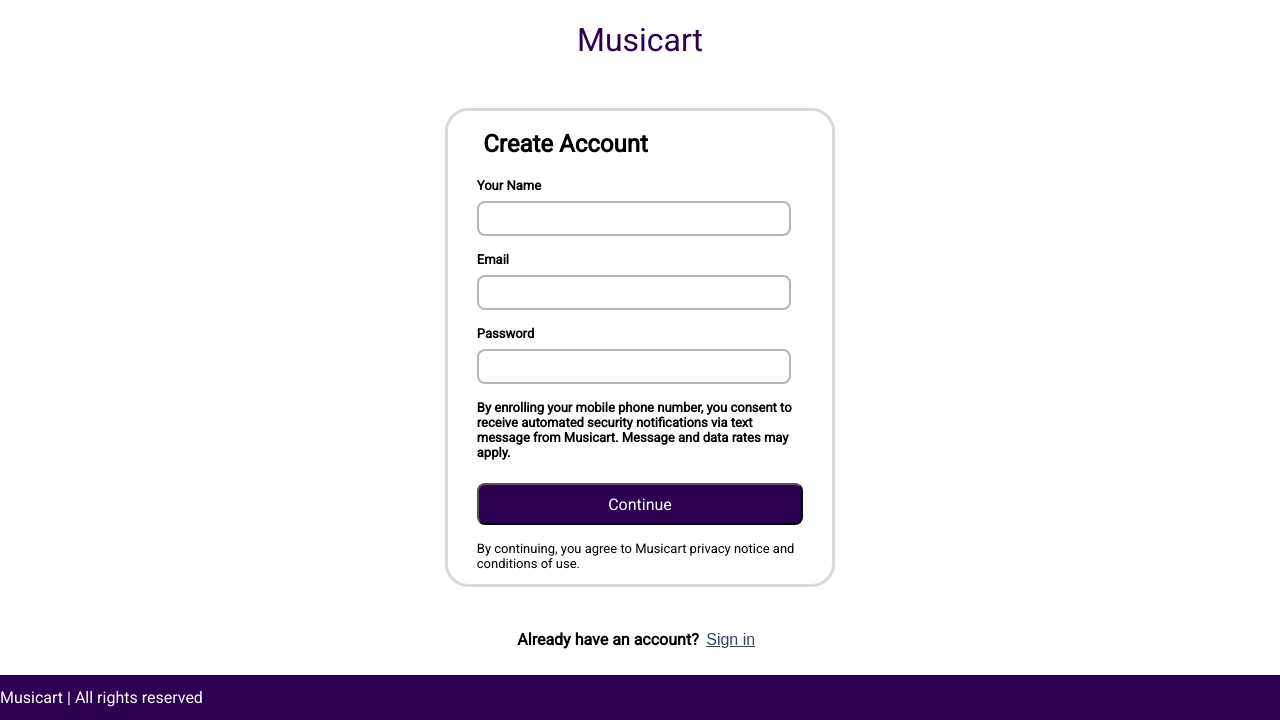
Repository: drumsmanku/doubtshare
Page: /register (app in frontend/)
These files come from the project's save history. The page is drawn as it stood at one moment and after the next save; the edit follows.
The browser window is 1280 px wide. The pictures show the whole page.
The project was rebuilt for these pictures with package versions that can differ from the ones it lists, and the page was loaded fresh each time. Also part of the build but not shown: frontend/src/App.css, frontend/src/Components/Dashboard/Dashboard.js, frontend/src/Components/Login/Login.js.

Above is the page before, as saved 2023-12-29 23:27:49.

After the next save:
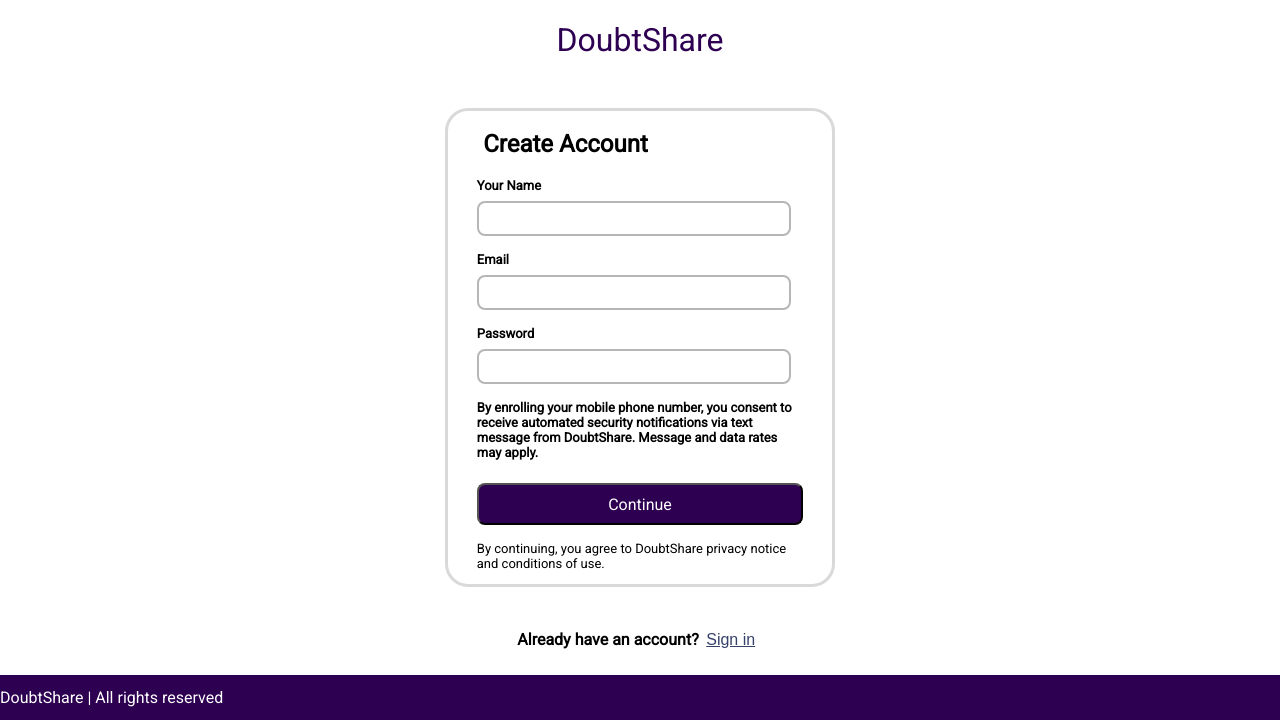
Saved 21 s later.
--- a/frontend/src/Components/Register/Register.js
+++ b/frontend/src/Components/Register/Register.js
@@ -54,7 +54,7 @@ function Register() {
     <div className={styles.container}>
       <div className={styles.heading}>
 
-        <h1 style={{fontWeight:'500'}}>Musicart</h1>
+        <h1 style={{fontWeight:'500'}}>DoubtShare</h1>
       </div>
       <h1 className={styles.welcomeText} >Welcome</h1>
       <form className={styles.form}>
@@ -79,7 +79,7 @@ function Register() {
           </div>
         </div>
         <div style={{width:'100%', display:'flex', justifyContent:'center'}}>
-          <p style={{width:'85%', textAlign:'left', fontWeight:600,fontSize:'small', marginTop:0}}>By enrolling your mobile phone number, you consent to receive automated security notifications via text message from Musicart. Message and data rates may apply.
+          <p style={{width:'85%', textAlign:'left', fontWeight:600,fontSize:'small', marginTop:0}}>By enrolling your mobile phone number, you consent to receive automated security notifications via text message from DoubtShare. Message and data rates may apply.
           </p>
         </div>
 
@@ -90,7 +90,7 @@ function Register() {
         </div>
 
         <div style={{width:'100%', display:'flex', justifyContent:'center', marginTop:'1rem'}}>
-          <p style={{width:'85%', textAlign:'left',fontSize:'small',  marginTop:0}}>By continuing, you agree to Musicart privacy notice and conditions of use.
+          <p style={{width:'85%', textAlign:'left',fontSize:'small',  marginTop:0}}>By continuing, you agree to DoubtShare privacy notice and conditions of use.
           </p>
         </div>
 
@@ -98,7 +98,7 @@ function Register() {
       <span style={{fontWeight:'bold', marginTop:'1rem'}}>Already have an account?<button style={{background:'none', color:'#36416A', fontSize:'medium', marginLeft:0, padding:0, width:'4rem', cursor:'pointer', border:'none', textDecoration:'underline'}} onClick={()=>{navigate('/login')}}>Sign in</button></span>
 
       <footer style={{ backgroundColor:'#2E0052', width:'100%', padding:'0.8rem 0 0.8rem 0', color:'white'}}>
-          Musicart | All rights reserved
+          DoubtShare | All rights reserved
       </footer>
 
     </div>
